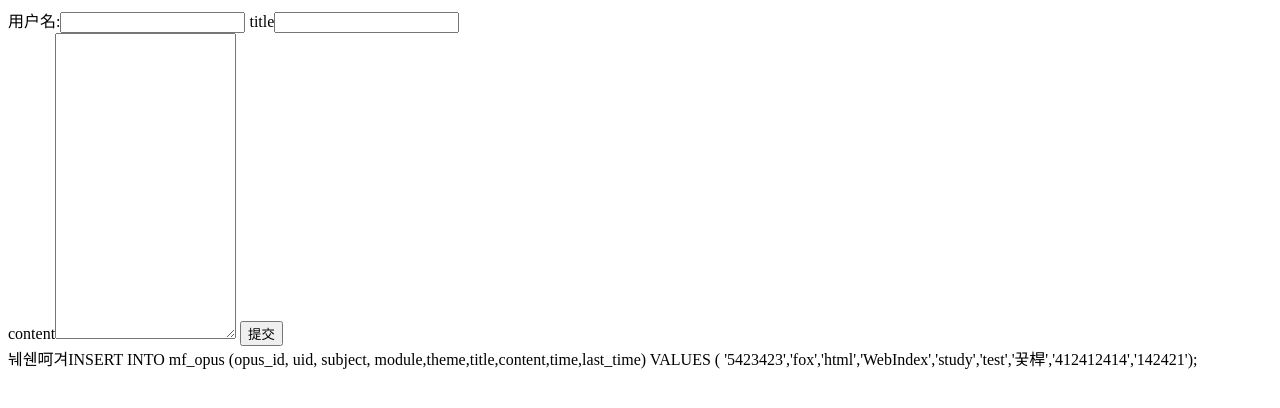
Repository: MrSummit/MagicFox
Page: http://localhost/Magic_Fox/View/Study/webIndex/create.jsp
An editor plug-in stored every save of this project. The page is shown before and after the next save, followed by the edit.
The browser window is 1280 px wide. The pictures show the whole page.
The page is served by Tomcat 9.

Above is the page before, as saved 2014-06-06 03:09:24.

After the next save:
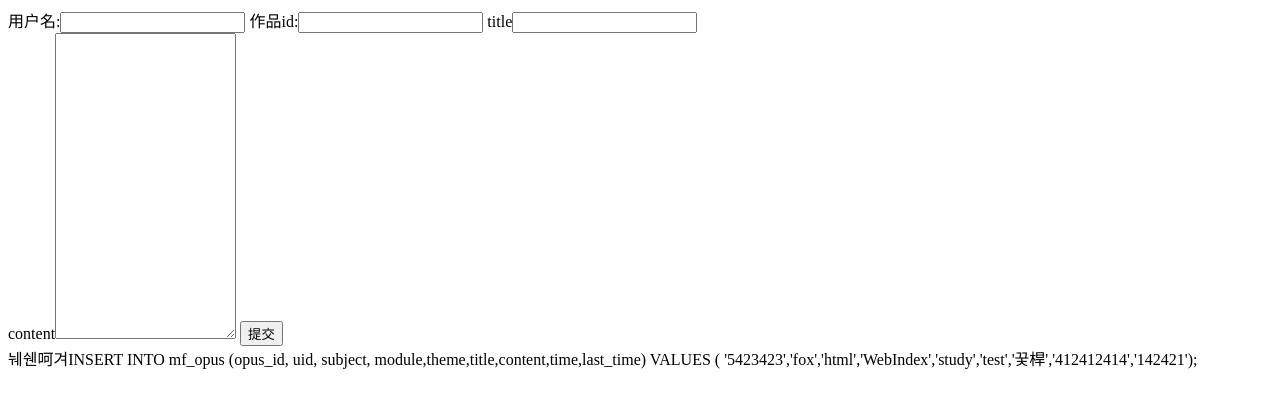
Saved 94 s later.
--- a/Magic Fox/WebContent/View/Study/webIndex/create.jsp
+++ b/Magic Fox/WebContent/View/Study/webIndex/create.jsp
@@ -14,6 +14,7 @@
 		<jsp:setProperty property="content" name="sql"/>
 		<form action="" method="post">
 			用户名:<input type="text" name="uid">
+			作品id:<input type="text" name="opus_id">
 			title<input type="text" name="title">
 			</br>
 			content<textarea rows="20" cols="20" name="content">
